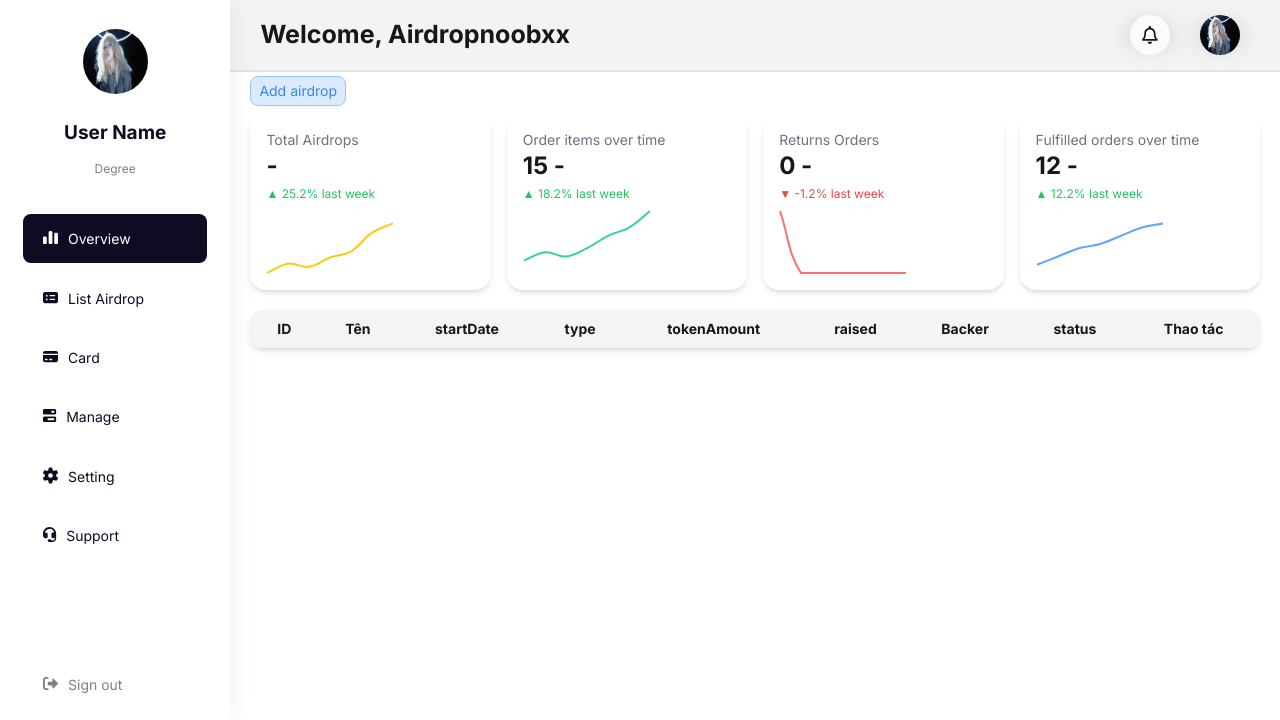
Repository: conGaStuer/airdropmamager
Page: /airdrops
An editor plug-in stored every save of this project. The page is shown before and after the next save, followed by the edit.
The browser window is 1280 px wide. The pictures show the whole page.
The page's requests for data from a server got no answer. The project was rebuilt for these pictures with package versions that can differ from the ones it lists, and the page was loaded fresh each time. The framework's server and built-in components were replaced by stand-ins that run in the browser. No one was signed in, and anything a server would have sent is missing. Also part of the build but not shown: next.config.ts.

Above is the page before, as saved 2025-05-28 18:48:46.

After the next save:
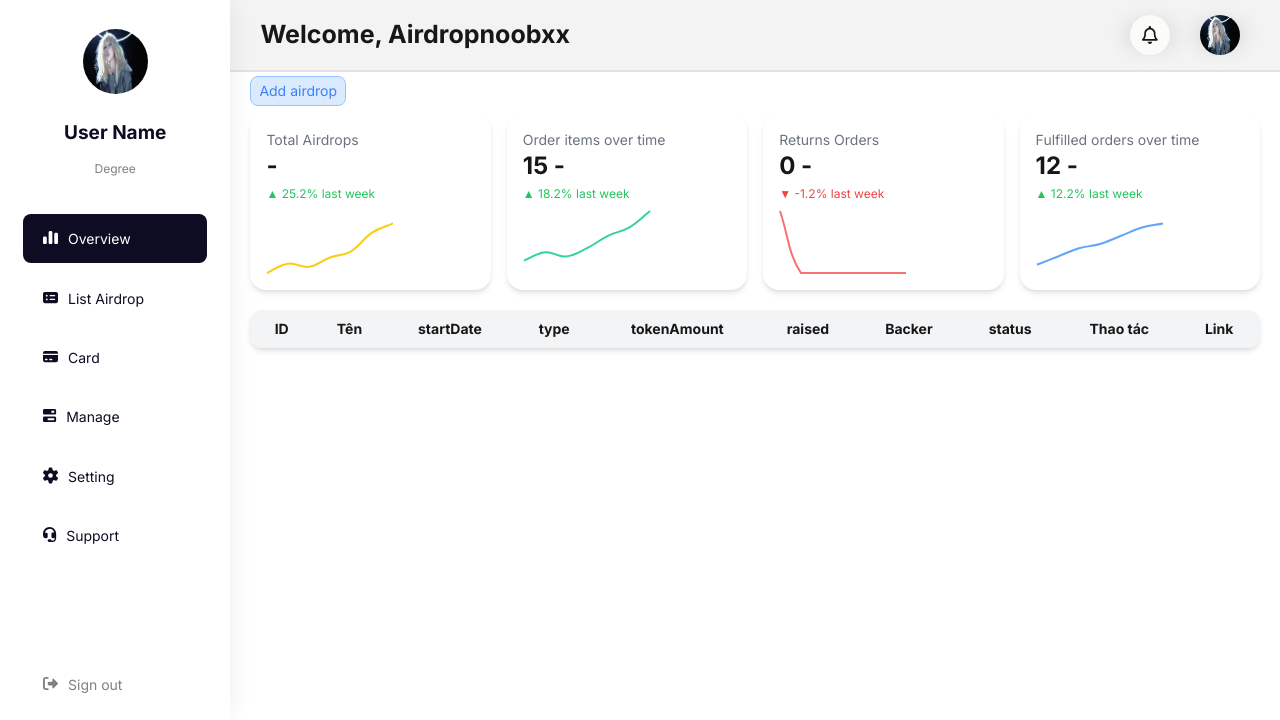
Saved 83 s later.
--- a/src/app/airdrops/page.js
+++ b/src/app/airdrops/page.js
@@ -101,6 +101,7 @@ export default function AirdropPages() {
               <th className="px-4 py-2">Backer</th>
               <th className="px-4 py-2">status</th>
               <th className="px-4 py-2">Thao tác</th>
+              <th className="px-4 py-2">Link</th>
             </tr>
           </thead>
           <tbody>
